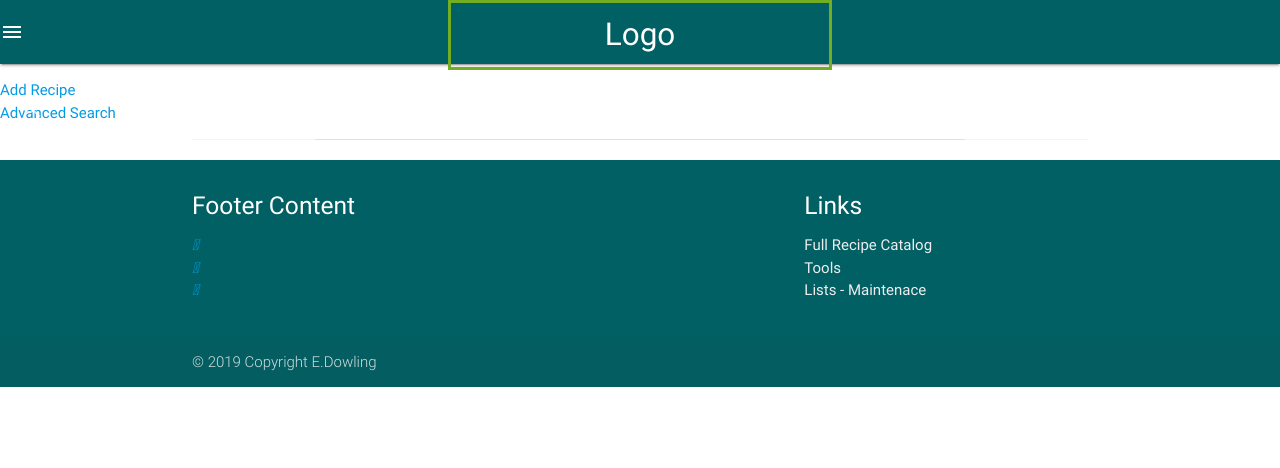
Repository: eldowling/lets-cook-together
Page: http://localhost/get_catalog?course=breakfast
The author's editor kept a record of every edit. The page is drawn from the files as they stood at one moment, then again after the next edit.
The browser window is 1280 px wide. The pictures show the whole page.
Some web libraries are served in a nearby version. The page is served by the project's application, run on Flask 3 (app.py). Queries for data that is not in the repository find no rows.

Above is the page before.
Console error: TypeError: $(...).sidenav is not a function

### templates/catalog.html
{% extends 'base.html'%} {% block content %}

<div class="container yellow lighten-4">
  <div class = "row">
    <div class="col s12 divider"></div>
  </div>
  {% for recipe in recipes %}
    <div class="row">
      <div class="col s6">
        <div class="section">
          <h4>{{recipe.title}}</h4>
        </div>
      </div>
    </div>
    <div class="row">
      <div class="col s6 offset-s2">
        {{recipe.description}}
      </div>
      <div class="col s3">
        <strong>Rating: </strong> {{recipe.rating}}
      </div>
    </div>
  {% endfor %}
</div>

{% endblock %}

### templates/base.html
<!DOCTYPE html>
<html>

<head>
    <link href="https://fonts.googleapis.com/icon?family=Material+Icons" rel="stylesheet">
    <link rel="stylesheet" href="https://cdnjs.cloudflare.com/ajax/libs/materialize/0.100.2/css/materialize.min.css">
    <link rel="stylesheet" href="https://maxcdn.bootstrapcdn.com/font-awesome/4.7.0/css/font-awesome.min.css" type="text/css" />
    <link rel="stylesheet" href="{{ url_for('static', filename='css/style.css') }}" type="text/css" />
</head>

<body>
    <header>
        <!-- Dropdown Structure -->
        <ul id="dropdown1" class="dropdown-content">
            <li><a href="#!">one</a></li>
            <li><a href="#!">two</a></li>
            <li class="divider"></li>
            <li><a href="#!">three</a></li>
        </ul>

        <nav>
            <div class="nav-wrapper cyan darken-4">

                <form>
                    <a href="#" class="brand-logo center">Logo</a>
                    <a href="#" data-target="mobile-demo" class="sidenav-trigger"><i class="material-icons">menu</i></a>
                    <div class="input-field inline ">
                        <input id="search" type="search" required>
                        <label class="label-icon" for="search"><i class="material-icons">search</i></label>
                        <i class="material-icons">close</i>
                    </div>
                    <ul id="nav-mobile" class="right hide-on-med-and-down">
                        <li><a href="addedit-recipe.html">Add Recipe</a></li>
                        <li><a class="dropdown-trigger" href="#!" data-target="dropdown1">Advanced Search<i class="material-icons right">arrow_drop_down</i></a></li>
                    </ul>

                </form>

            </div>
        </nav>

        <ul class="sidenav" id="mobile-demo">
            <li><a href="addedit-recipe.html">Add Recipe</a></li>
            <li><a href="badges.html">Advanced Search</a></li>
        </ul>


    </header>

    <div class="container yellow lighten-4">
        {% block content %} {% endblock %}
    </div>

    <footer class="page-footer cyan darken-4">
        <div class="container">
            <div class="row">
                <div class="col l6 s12">
                    <h5 class="white-text">Footer Content</h5>
                    <ul class="grey-text text-lighten-4">
                        <li></li><a href="facebook.html"><i class="fab fa-facebook text-lighten-4"></i></a>
                        <li></li><a href="twitter.html"><i class="fab fa-twitter-square"></i></a>
                        <li></li><a href="instagram.html"><i class="fab fa-instagram"></i></a>
                    </ul>
                </div>
                <div class="col l4 offset-l2 s12">
                    <h5 class="white-text">Links</h5>
                    <ul>
                        <li><a class="grey-text text-lighten-3" href="{{url_for('get_catalog')}}">Full Recipe Catalog</a></li>
                        <li><a class="grey-text text-lighten-3" href="tools.html">Tools</a></li>
                        <li><a class="grey-text text-lighten-3" href="maintenance.html">Lists - Maintenace</a></li>
                    </ul>
                </div>
            </div>
        </div>
        <div class="footer-copyright">
            <div class="container">
                © 2019 Copyright E.Dowling
            </div>
        </div>
    </footer>

    <script src="https://cdnjs.cloudflare.com/ajax/libs/jquery/3.2.1/jquery.min.js"></script>
    <script src="https://cdnjs.cloudflare.com/ajax/libs/materialize/0.100.2/js/materialize.min.js"></script>
    <script type="text/javascript">
        $(document).ready(function() {
            $('.collapsible').collapsible();
            $('select').material_select();
            $(".button-collapse").sideNav();
            $(".dropdown-trigger").dropdown();
            $('.sidenav').sidenav();
        });

    </script>
</body>
</html>

### app.py
import os
from flask import Flask, render_template, redirect, request, url_for
from flask_pymongo import PyMongo
from bson.objectid import ObjectId

app = Flask(__name__)
app.config["MONGO_DBNAME"] = 'recipie_catalog'
app.config["MONGO_URI"] = 'mongodb+srv://root:r00tUser@myfirstcluster-pwjgy.mongodb.net/recipie_catalog?retryWrites=true&w=majority'
#app.config["MONGO_URI"] = os.getenv('MONGO_URI', 'mongodb://localhost')

mongo = PyMongo(app)


@app.route('/')
@app.route('/get_catalog')
def get_catalog():
    return render_template("catalog.html", recipes=mongo.db.recipes.find())


if __name__ == '__main__':
    app.run(host=os.environ.get('IP'),
            port=int(os.environ.get('PORT')),
            debug=True)

### static/css/style.css
.main-img {
  display: inline-block;
  vertical-align: middle;
  max-height: auto;
  max-width: 230px;
}

.center {
  margin: auto;
  min-width: 250px;
  width: 30%;
  border: 3px solid #73AD21;
  padding: 10px;
}

After the next edit:
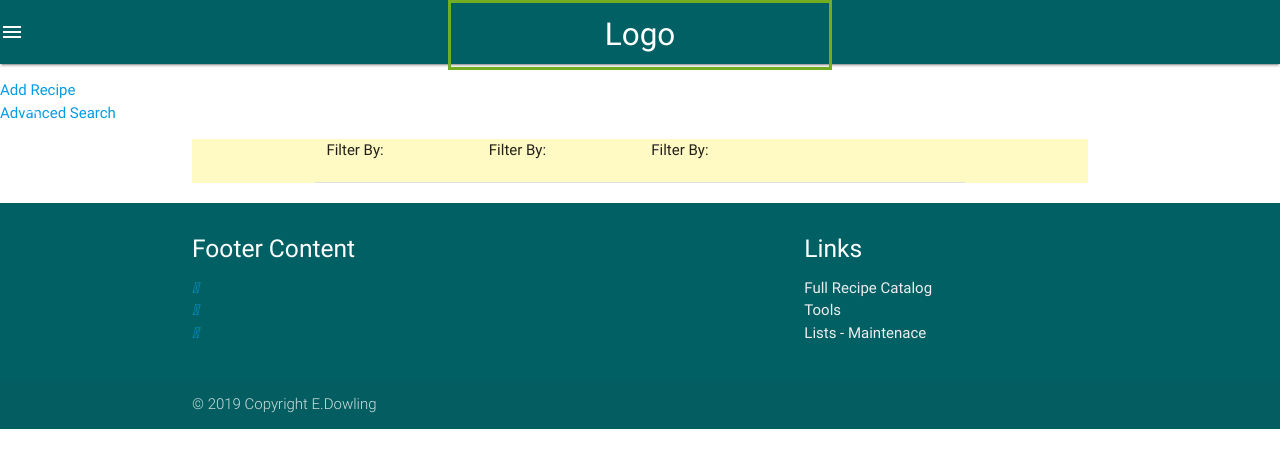
The edit:
--- a/templates/catalog.html
+++ b/templates/catalog.html
@@ -1,4 +1,18 @@
 {% extends 'base.html'%} {% block content %}
+
+<div class="container">
+  <div class="row">
+    <div class="col s3">
+      Filter By:
+    </div>
+    <div class="col s3">
+      Filter By:
+    </div>
+    <div class="col s3">
+      Filter By:
+    </div>
+  </div>
+</div>
 
 <div class="container yellow lighten-4">
   <div class = "row">
